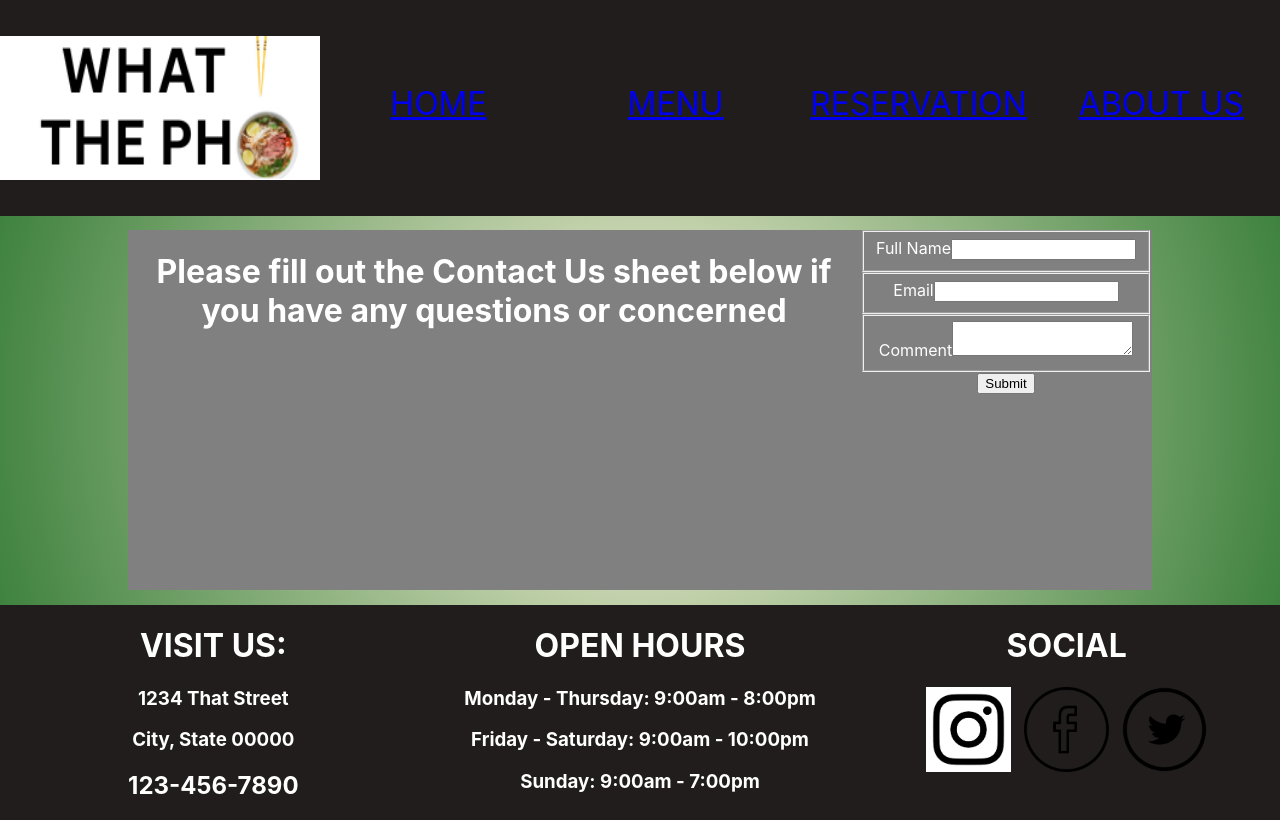
Repository: NguyenkhDang/Restaurant-Website
Page: /contactUs
These files come from the project's save history. The page is drawn as it stood at one moment and after the next save; the edit follows.
The browser window is 1280 px wide. The pictures show the whole page.
The project was rebuilt for these pictures with package versions that can differ from the ones it lists, and the page was loaded fresh each time. Also part of the build but not shown: src/CSS/Readmore.css, src/Readmore.js, src/CSS/SectionContainer.css, src/SectionContainer.js, src/CSS/Home.css, src/Pages/HomePage.js, src/Pages/MenuPage.js, src/CSS/ReservationForm.css and 4 more.

Above is the page before, as saved 2026-01-18 21:35:58.

### src/index.js
import React from 'react';
import ReactDOM from 'react-dom/client';
import './index.css';
import App from './App';
import reportWebVitals from './reportWebVitals';
import { BrowserRouter } from "react-router-dom";


const root = ReactDOM.createRoot(document.getElementById("root"));
root.render(
  <BrowserRouter>
    <App />
  </BrowserRouter>
);

// If you want to start measuring performance in your app, pass a function
// to log results (for example: reportWebVitals(console.log))
// or send to an analytics endpoint. Learn more: https://bit.ly/CRA-vitals
reportWebVitals();

### src/App.js

import './App.css';

import NavigationBar from './NavigationBar';
import Footer from "./Footer"
import {Routes, Route} from "react-router-dom"



import HomePage from "./Pages/HomePage"
import MenuPage from "./Pages/MenuPage"
import ReservationPage from "./Pages/ReservationPage"
import AboutUsPage from "./Pages/AboutUsPage"
import ContactUsPage from "./Pages/ContactUsPage"

function App() {


  return (
    <div className="home">
      <NavigationBar />

      <Routes>
        <Route path="/" element={<HomePage />} />
        <Route path="/menu" element={<MenuPage />} />
        <Route path="/reservation" element={<ReservationPage />} />
        <Route path="/aboutUs" element={<AboutUsPage />} />
        <Route path="contactUs" element={<ContactUsPage />} />
      </Routes>

      <Footer />
  </div>
);
}

export default App;

### src/App.css
html{
  -ms-overflow-style: none;
  scrollbar-width: none;
}

.home {
  display: grid;
  margin: 0;
  padding: 0;

  background: radial-gradient(
    circle,
    rgba(245, 240, 213, 1) 0%,
    rgba(38, 115, 42, 1) 100%
  );
  place-items: center;
  text-align: center;
  color: white;
}


html::-webkit-scrollbar {
  display: none;
}

### src/NavigationBar.js
import "./CSS/NavigationBar.css"
import Logo from "./image/CustomLogo2.png"
import { Link } from "react-router-dom"
const NavigationBar = () =>{



  return (
    <div className="navbar">
      <div className="logoImage">
        <img src= {Logo} />
      </div>
      <div className="wholeNavBar">
        <ul>
          <li>
            <Link to="/">HOME</Link>
          </li>
          <li>
            <Link to="/menu">MENU</Link>
          </li>
          <li>
            <Link to="/reservation">RESERVATION</Link>
          </li>
          <li>
            <Link to="/aboutUs">ABOUT US</Link>
          </li>
        </ul>

      </div>
    </div>
  )


}

export default NavigationBar

### src/Footer.js
import "./CSS/Footer.css"
import InstagramIcon from "./image/instagramIcon.png"
import FacebookIcon from "./image/facebookIcon.png"
import TwitterIcon from "./image/twitterIcon.png"
const Footer = () =>{

  return(
    <div className="footer">
      <div>
        <h1>VISIT US:</h1>
        <h3>1234 That Street</h3>
        <h3>City, State 00000</h3>

        <h2>123-456-7890</h2>
      </div>
      <div>
        <h1>OPEN HOURS</h1>
        <h3>Monday - Thursday: 9:00am - 8:00pm</h3>
        <h3>Friday - Saturday: 9:00am - 10:00pm</h3>
        <h3>Sunday: 9:00am - 7:00pm</h3>
      </div>
      <div>
        <h1>SOCIAL</h1>
        <a href="https://www.instagram.com/" target="_blank"><img src={InstagramIcon}/></a>
        <a href="https://www.facebook.com/" target="_blank"><img src={FacebookIcon}/></a>
        <a href="https://x.com/" target="_blank"><img src={TwitterIcon}/></a>
      </div>

    </div>
  )

}

export default Footer

### src/Pages/ContactUsPage.js
import InstagramIcon from "../image/instagramIcon.png"
import FacebookIcon from "../image/facebookIcon.png"
import TwitterIcon from "../image/twitterIcon.png"
import { useRef } from "react"
import "../CSS/ContactUs.css"

const ContactUsPage = () =>{


  const handleSubmit = (e)=>{
    e.preventDefault();
    const url = "https://script.google.com/macros/s/AKfycbzvciRoj96Av9uZ2heb3UUoHOvfd4JqiGr3qXvWCL6rtenJZzz95SFNhb_-OBEtYvj5vw/exec"

    fetch(url,{
      method:"POST",
      body: new FormData(formRef.current)
    } ).then(() => {
      alert("Reservation Submitted ");
    }).catch((error) => console.log(error))
  };

  const formRef= useRef(null)
  return (
    <div className="contactUsPage">
      <h1>
        Please fill out the Contact Us sheet below if you have any questions or concerned
      </h1>
      <form ref={formRef} onSubmit={handleSubmit}>
        <fieldset>
          <label for="name">Full Name</label>
          <input
            type="text"
            name="Name"
            id="name"
            required
          />
        </fieldset>
        <fieldset>
          <label for="phone">Email</label>
          <input
            type="email"
            name="Email"
            id="email"

            />
        </fieldset>
        <fieldset>
          <label for="comment">Comment</label>
          <textarea
            name="Comment"
            style={{
              width: "auto",
              height: "4vh"
            }}
          />
        </fieldset>
        <button>Submit</button>
      </form>
    </div>
  )
}

export default ContactUsPage

### src/CSS/NavigationBar.css
.navbar{
  background-color: rgb(34, 29, 29);
  display: grid;
  grid-template-columns: 25% 75%;
  width: 100vw;
  height: 25vh;
  padding-top: 5vh;
}
.wholeMavBar{
  float: right;
  height: 10vh;
}

.logoImage img{
  height: 20vh;
  width: 25vw;
  object-fit: fill;
  object-position: center;
}

ul{
  align-items: center;
  list-style-type: none;
  display: grid;
  place-items: center;
  grid-template-columns: 1fr 1fr 1fr 1fr;
  margin-top: 5%;
  padding: 0;
}
li a{
  font-size: 2em;
  text-align: center;
  padding: 14px 16px;
}

li a:hover{
  background-color: #c5b1b1;
}

### src/CSS/Footer.css
.footer{
  background-color: rgb(34, 29, 29);
  display: grid;
  grid-template-columns: repeat(3, 1fr);
  width: 100vw;
}

.footer img{
  width: 20%;
}

.footer a{
  margin: 0 0.5vw;
}

### src/CSS/ContactUs.css
.contactUsPage{
  background-color: gray;
  display: grid;
  grid-template-columns: repeat(4, auto);
  width: 80vw;
  height: 50vh;
  margin: 2vh 0;
}

Loaded but not shown: public/index.html (common file); src/index.css (common file); src/reportWebVitals.js (common file)

After the next save:
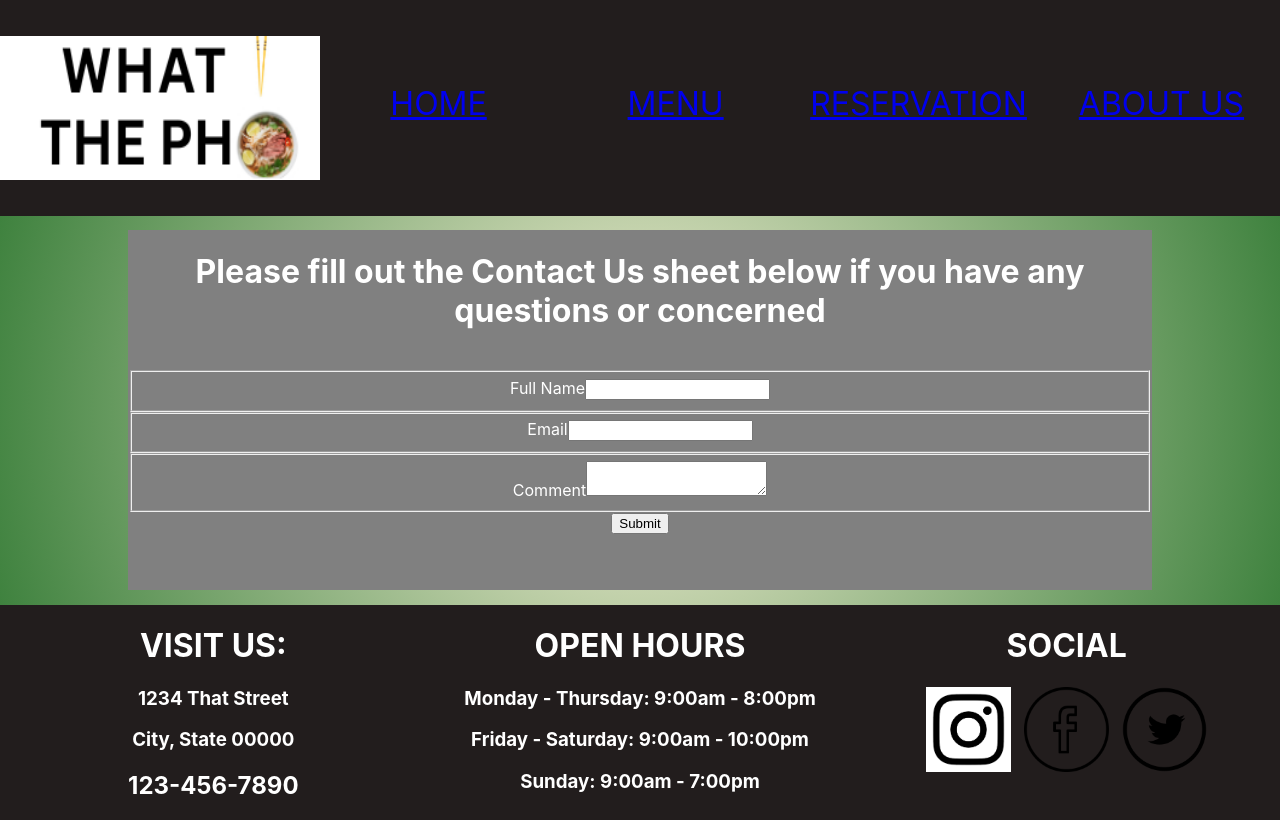
Saved 9 s later.
--- a/src/CSS/ContactUs.css
+++ b/src/CSS/ContactUs.css
@@ -1,7 +1,7 @@
 .contactUsPage{
   background-color: gray;
   display: grid;
-  grid-template-columns: repeat(4, auto);
+  grid-template-rows: repeat(4, auto);
   width: 80vw;
   height: 50vh;
   margin: 2vh 0;
